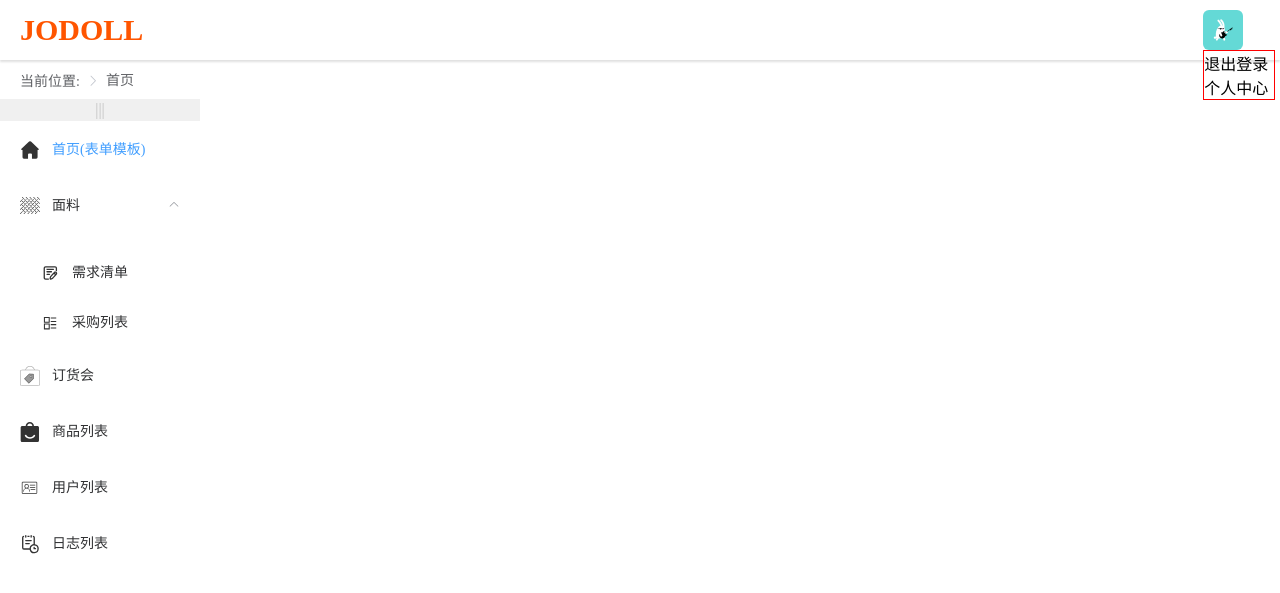
Repository: wangshanghai240/doll-practive
Page: /admin
An editor plug-in stored every save of this project. The page is shown before and after the next save, followed by the edit.
The browser window is 1280 px wide. The pictures show the whole page.
The project was rebuilt for these pictures with package versions that can differ from the ones it lists, and the page was loaded fresh each time. Also part of the build but not shown: vue.config.js. Imported but missing from the stored project, and not drawn on this page: src/views/admin/ordermeeting/ordermeeting/ordersearch.vue.

Above is the page before, as saved 2021-08-24 10:54:32.

After the next save:
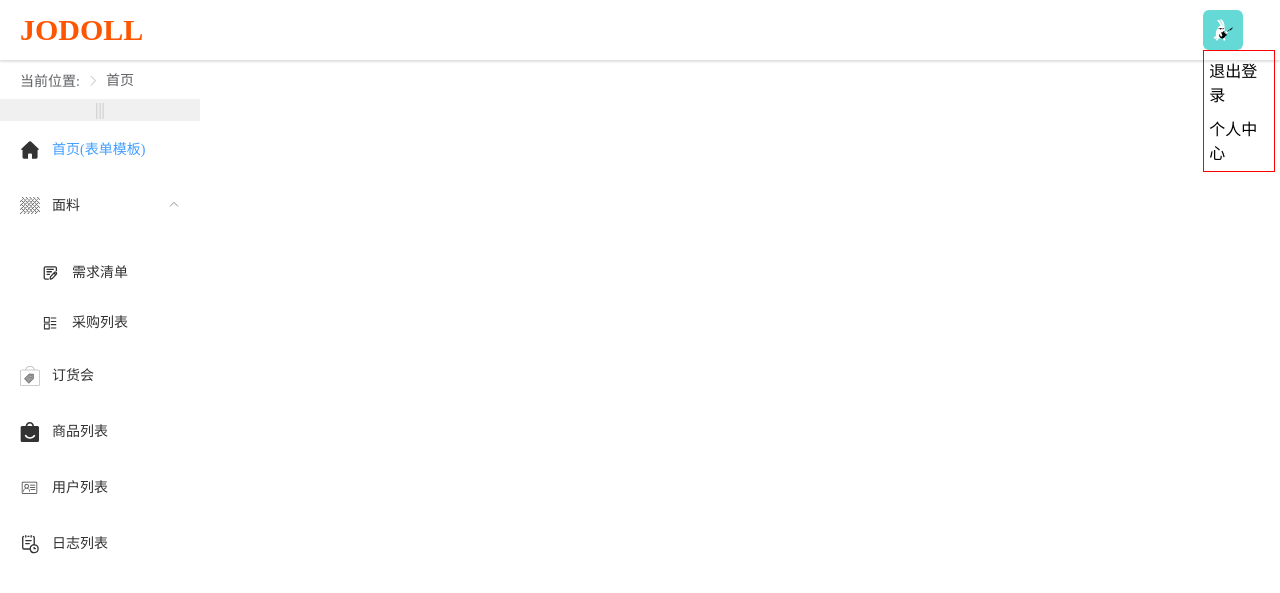
Saved 74 s later.
--- a/src/components/content/Logout.vue
+++ b/src/components/content/Logout.vue
@@ -38,6 +38,7 @@ name:'Logout',
 }
 .logout .avtor img{
   width:40px;
+  /* 去除图片底部的留白 */
   vertical-align: middle;
   border-radius:6px;
 }
@@ -51,4 +52,8 @@ name:'Logout',
   border:1px solid red;
   z-index: 3;
 }
+.logout .avtor .showinfo li{
+  margin:4px 2px;
+  padding:3px;
+}
 </style>
